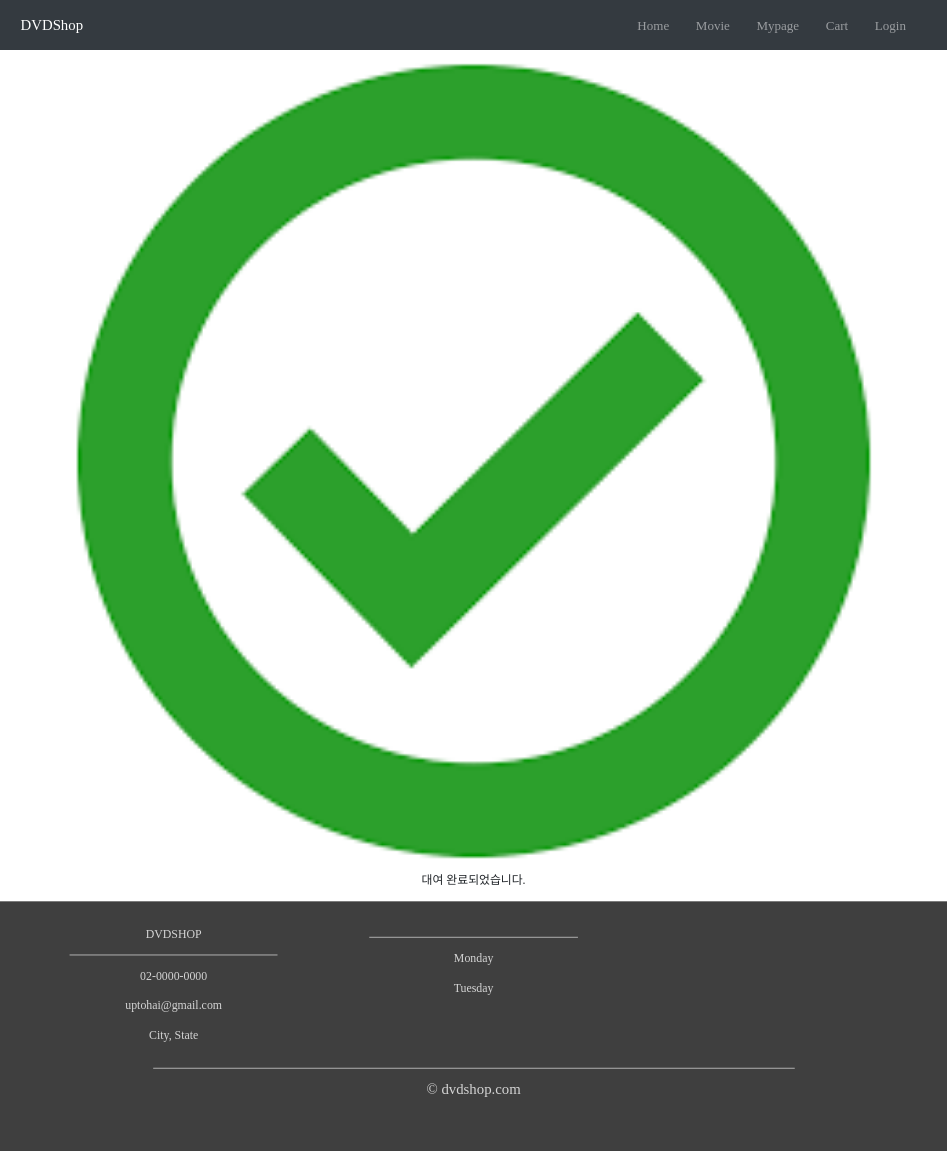
Repository: afterup/dvdshop
Page: http://localhost/shop_project/view/common/movie_rental.jsp
An editor plug-in stored every save of this project. The page is shown before and after the next save, followed by the edit.
The browser window is 1280 px wide. The pictures show the whole page, at 74% of full size.
The page is served by Tomcat 9. Other server files are loaded and not shown.

Above is the page before, as saved 2019-08-14 05:53:25.

### shop_project/WebContent/view/common/movie_rental.jsp
<%@ page language="java" contentType="text/html; charset=UTF-8"
	pageEncoding="UTF-8"%>
<!DOCTYPE html>
<html lang="en">

<head>
<meta charset="UTF-8">
<meta name="viewport" content="width=device-width, initial-scale=1.0">
<meta http-equiv="X-UA-Compatible" content="ie=edge">
<title>Document</title>
<!-- 부트스트랩 css-->
<link rel="stylesheet"
	href="https://stackpath.bootstrapcdn.com/bootstrap/4.3.1/css/bootstrap.min.css"
	integrity="sha384-ggOyR0iXCbMQv3Xipma34MD+dH/1fQ784/j6cY/iJTQUOhcWr7x9JvoRxT2MZw1T"
	crossorigin="anonymous">
<!-- 사용자 css-->
<link rel="stylesheet" href="css/style.css">

</head>

<body>
	<!-- Navigation -->
	<nav class="navbar navbar-expand-md navbar-dark bg-dark sticky-top">
		<div class="container-fluid">
			<a href="#" class="navbar-brand">DVDShop</a>
			<button class="navbar-toggler" type="button" data-toggle="collapse"
				data-target="#navbarResponsive">
				<span class="navbar-toggler-icon"></span>
			</button>
			<div class="collapse navbar-collapse" id="navbarResponsive">
				<ul class="navbar-nav ml-auto">
					<li class="nav-item"><a class="nav-link" href="movie">Home</a></li>
					<li class="nav-item"><a class="nav-link"
						href="movie?action=moviePage">Movie</a></li>
					<li class="nav-item"><a class="nav-link"
						href="movie?action=mypage">Mypage</a></li>
					<li class="nav-item"><a class="nav-link"
						href="movie?action=cart">Cart</a></li>
					<li class="nav-item"><a href="movie?action=login"
						class="nav-link">Login</a></li>
				</ul>
			</div>
		</div>
	</nav>

	<!-- main-->

	<div class="container text-center" id="time">
		<img src="${pageContext.request.contextPath}/img/check.png">
		<p>대여 완료되었습니다.</p>

	</div>

	<!-- Footer -->
	<footer>
		<div class="container-fluid padding">
			<div class="row text-center">
				<div class="col-md-4">
					DVDSHOP
					<hr class="light">
					<p>02-0000-0000</p>
					<p>uptohai@gmail.com</p>
					<p>City, State</p>
				</div>
				<div class="col-md-4">
					<hr class="light">
					<p>Monday</p>
					<p>Tuesday</p>
				</div>
			</div>
			<div class="col-12">
				<hr class="light">
				<h5 class="text-center">&copy; dvdshop.com</h5>
			</div>
		</div>
	</footer>

	<!-- 부트스트랩 -->
	<script src="https://code.jquery.com/jquery-3.3.1.slim.min.js"
		integrity="sha384-q8i/X+965DzO0rT7abK41JStQIAqVgRVzpbzo5smXKp4YfRvH+8abtTE1Pi6jizo"
		crossorigin="anonymous">

	</script>
	<script
		src="https://cdnjs.cloudflare.com/ajax/libs/popper.js/1.14.7/umd/popper.min.js"
		integrity="sha384-UO2eT0CpHqdSJQ6hJty5KVphtPhzWj9WO1clHTMGa3JDZwrnQq4sF86dIHNDz0W1"
		crossorigin="anonymous">

	</script>
	<script
		src="https://stackpath.bootstrapcdn.com/bootstrap/4.3.1/js/bootstrap.min.js"
		integrity="sha384-JjSmVgyd0p3pXB1rRibZUAYoIIy6OrQ6VrjIEaFf/nJGzIxFDsf4x0xIM+B07jRM"
		crossorigin="anonymous">

	</script>
</body>


</html>

### shop_project/WebContent/css/style.css
html,
body {
    height: 100%;
    width: 100%;
    font-family: "sans-serif";
}

img {
    width: 100%;
}

#adminPage {
    background-color: rgb(250, 249, 242);
}

.navbar {
    padding: .8rem;
}

.navbar-nav li {
    padding-right: 20px;
}

.nav-link {
    font-size: 1.1em !important;
}

.carousel-inner img {
    width: 100%;
    height: 100%;
}

.btn-info {
    background-color: rgb(57, 55, 66);
    color: rgb(240, 240, 240);
    border-color: rgb(57, 55, 66);
}

.jumbotron {
    padding: 1rem;
}

.padding {
    padding-bottom: 2rem;
}

footer {
    background-color: #3f3f3f;
    color: #d5d5d5;
    padding: 2rem;
}

hr.light {
    border-top: 1px solid #d5d5d5;
    width: 75%;
}

After the next save:
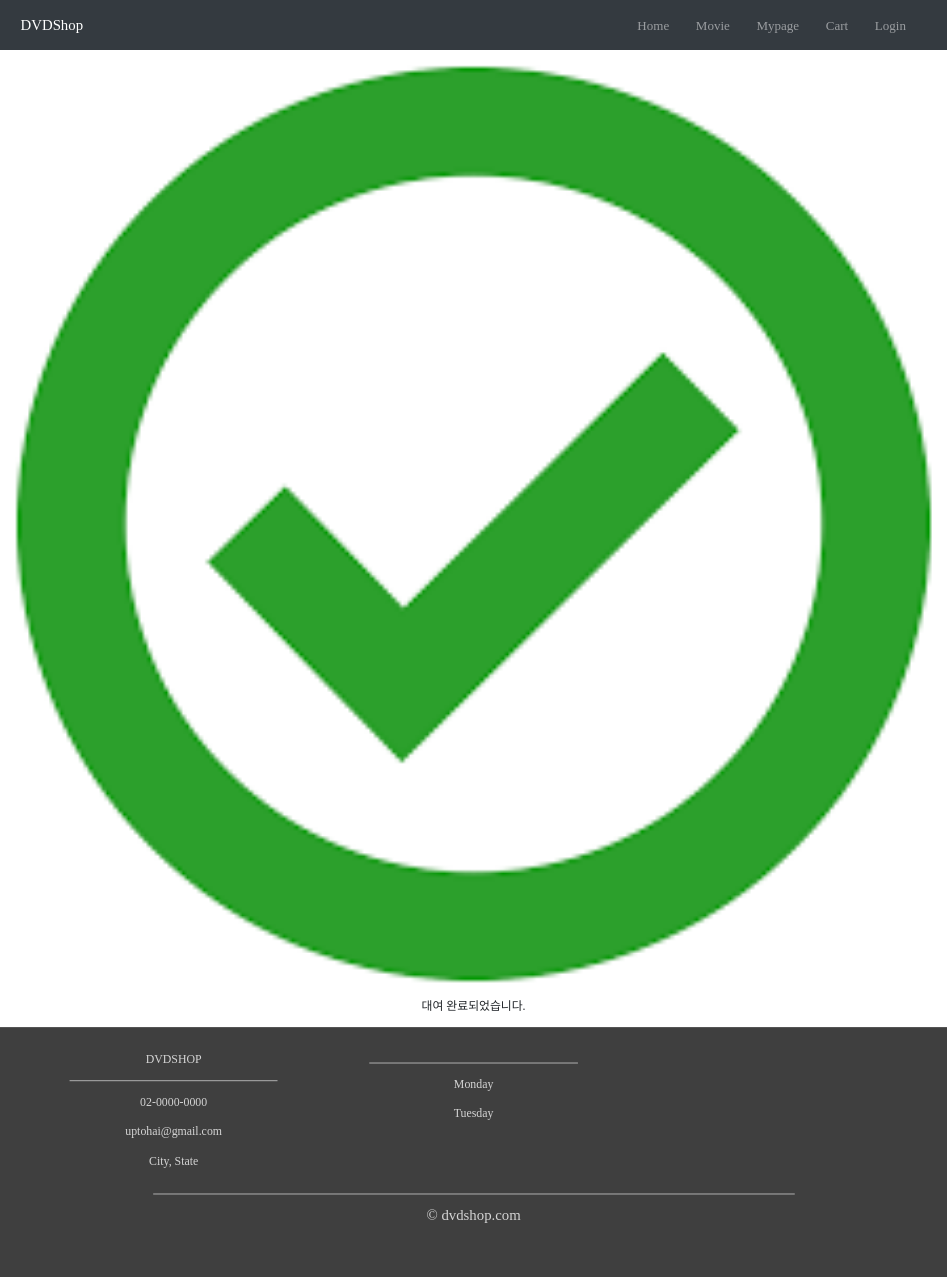
Saved 60 s later.
--- a/shop_project/WebContent/view/common/movie_rental.jsp
+++ b/shop_project/WebContent/view/common/movie_rental.jsp
@@ -45,8 +45,8 @@
 
 	<!-- main-->
 
+	<img src="${pageContext.request.contextPath}/img/check.png">
 	<div class="container text-center" id="time">
-		<img src="${pageContext.request.contextPath}/img/check.png">
 		<p>대여 완료되었습니다.</p>
 
 	</div>

After the 6 saves that followed:
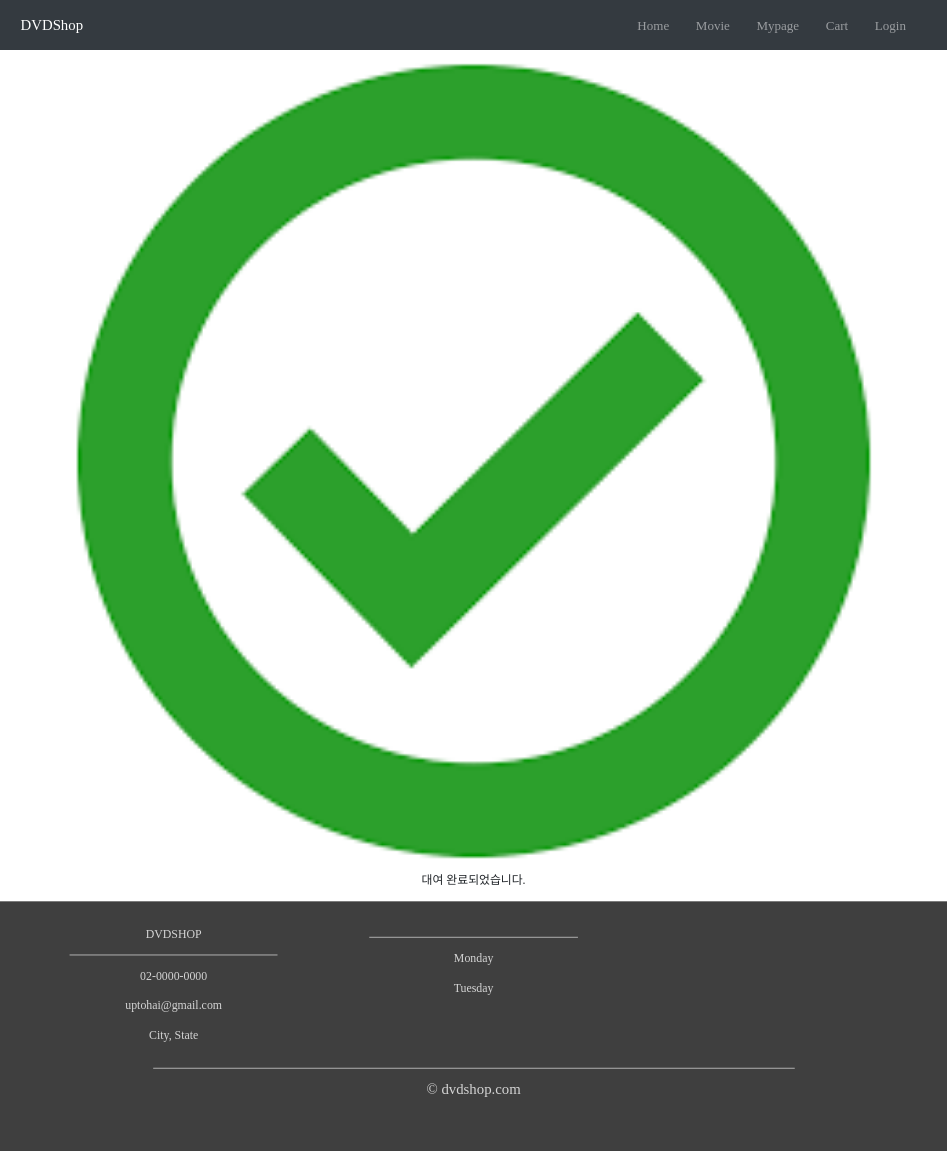
The 6 saves are shown as one change because 5 left the picture as it was.
The last was saved 77 s later.
--- a/shop_project/WebContent/view/common/movie_rental.jsp
+++ b/shop_project/WebContent/view/common/movie_rental.jsp
@@ -45,10 +45,9 @@
 
 	<!-- main-->
 
+	<div class="container text-center" id="time">
 	<img src="${pageContext.request.contextPath}/img/check.png">
-	<div class="container text-center" id="time">
 		<p>대여 완료되었습니다.</p>
-
 	</div>
 
 	<!-- Footer -->
